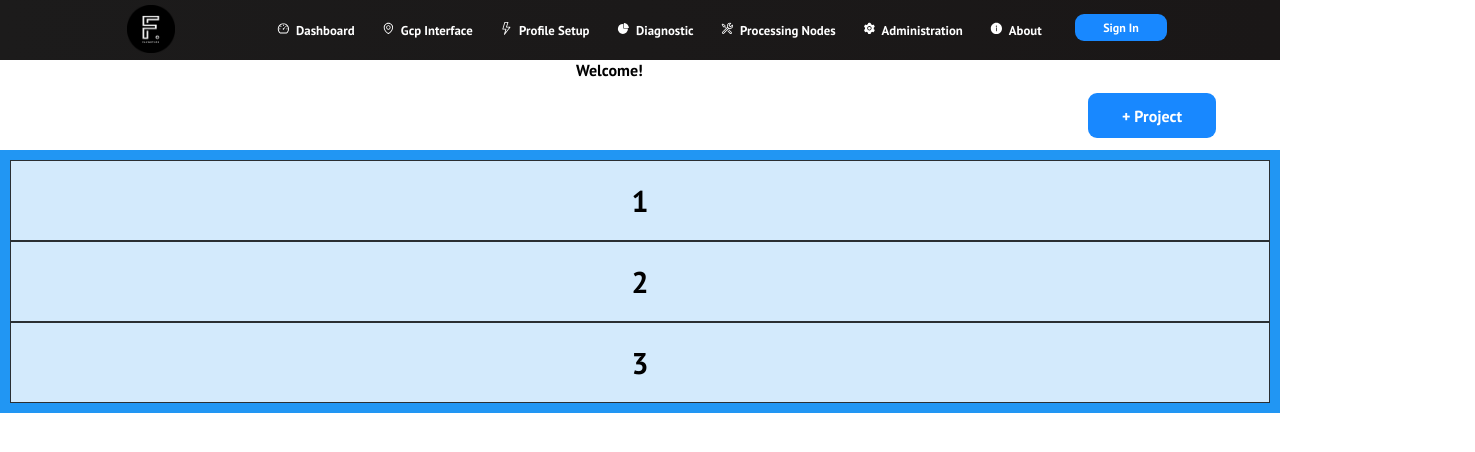
Repository: Akshaykumar1111/akki
Page: /Dashboard
An editor plug-in stored every save of this project. The page is shown before and after the next save, followed by the edit.
The browser window is 1280 px wide. The page is 1280 px wide, then 1475 px, then 1280 px, so the pictures cover 1475 px, including what lies to the right of the window. The pictures show the whole page.
Some web libraries are served in a nearby version. The project was rebuilt for these pictures with package versions that can differ from the ones it lists, and the page was loaded fresh each time. Also part of the build but not shown: src/components/pages/Administration.css, src/components/pages/Administration.js, src/components/pages/Diagnostic.js, src/components/pages/ProfileSetup.js, src/components/pages/GcpInterface.js, src/components/pages/ProcessingNodes.js, src/components/pages/About.js, src/components/pages/Popup.css and 7 more.

Above is the page before, as saved 2022-10-20 12:17:28.

### src/App.css
* {
  box-sizing: border-box;
  margin: 0;
  padding: 0;
  font-family: 'PT Sans', sans-serif;
}

.home,
.Diagnostic,
.Dashboard,
.ProfileSetup,
.GcpInterface,
.ProcessingNodes,
.products,
.Administration,
.DeveloperTools,
.About,
.sign-up,
.SigUp,
.Forgot,
.marketing,
.consulting {
  display: flex;
  height: 961.3px;
  align-items: center;
  justify-content: center;
  font-size: 2rem;
}


.map-container{
  width: 100%;
  height: 100%;
}

.Dashboard {
  background-image: url('./images/img-1.jpg');
  background-position: center;
  background-size: cover;
  background-repeat: no-repeat;
  color: #fff;
  font-size: 100px;

  margin-bottom: 10px;
}

.GcpInterface {
  background-image: url('./images/img-2.jpg');
  background-position: center;
  background-size: cover;
  background-repeat: no-repeat;
  color: #fff;
  font-size: 100px;
}

.Diagnostic {
  background-image: url('./images/img-3.jpg');
  background-position: center;
  background-size: fill;
  background-repeat: no-repeat;
  color: #fff;
  font-size: 100px;
}

.ProfileSetup {
  background-image: url('./images/img-4.jpg');
  background-position: center;
  background-size: cover;
  background-repeat: no-repeat;
  color: #fff;
  font-size: 100px;
}

.sign-up {
  background-image: url('./images/img-7.jpg');
  background-position: center;
  background-size: cover;
  background-repeat: no-repeat;
  color: #fff;
  font-size: 100px;
}

.marketing {
  background-image: url('./images/img-6.jpg');
  background-position: center;
  background-size: cover;
  background-repeat: no-repeat;
  color: #fff;
  font-size: 100px;
}

.consulting {
  background-image: url('./images/img-5.jpg');
  background-position: bottom;
  background-size: cover;
  background-repeat: no-repeat;
  color: #fff;
  font-size: 100px;
}

### src/components/Navbar.css
.navbar {

  height: 70px;
  display: flex;
  justify-content: center;
  align-items: center;
  font-size: 1.2rem;


}
.nav-bg1{
  background-color: rgba(42, 41, 41, 0.606);
  }
.nav-bg2{
  background: linear-gradient(90deg, rgb(28, 27, 27) 0%, rgb(26, 23, 23) 100%);

}

.navbar-logo {
  color: #fff;
  justify-self: start;
  margin-left: 20px;
  cursor: pointer;
  text-decoration: none;
  font-size: 2rem;
}

.fa-firstdraft {
    margin-left: -18%;
    font-size: 1rem;
    height: 4rem;
    width: 4rem;
    text-align: center;
    margin-top: 12%;
    margin-left: -190%;
}
/* .log-img{
  width: 8%;
} */
.nav-menu {
  display: grid;
  grid-template-columns: repeat(8, auto);
  grid-gap: 10px;
  list-style: none;
  text-align: center;
  width: 70vw;
  justify-content: end;
  margin-right: 2rem;
}

.nav-item {
  display: flex;
  align-items: center;
  height: 80px;
  margin-top: 8%;
  display: flex;
}

.nav-links {
  color: white;
  text-decoration: none;
  padding: 0.5rem 1rem;
}

.nav-links:hover {
  background-color: #1888ff;
  border-radius: 4px;
  transition: all 0.2s ease-out;
}

.fa-bars {
  color: #fff;
}

.nav-links-mobile {
  display: none;
}

.menu-icon {
  display: none;
}
.li1{
  margin-top: 9%;
}

.li2{
  margin-top: 8%;
}
.li4{
  margin-top: 9%;
}
.li5{
  margin-top: 6.5%;
}
.li6{
  margin-top: 7.3%;
}
.li7{
  margin-top: 12.4%;
}
.li8{
  margin-top: 7%;
}

.nav-links1 {
  color: white;
  text-decoration: none;
  padding: 0.5rem 1rem;
}






@media screen and (max-width: 1648px) {
  .navbar {
    /* background: linear-gradient(90deg, rgb(28, 27, 27) 0%, rgb(26, 23, 23) 100%); */
    height: 60px;
    display: flex;
    justify-content: center;
    align-items: center;
    font-size: 0.8rem;
  }
  .nav-bg1{
    background-color: rgba(42, 41, 41, 0.606);
    }
  .nav-bg2{
    background: linear-gradient(90deg, rgb(28, 27, 27) 0%, rgb(26, 23, 23) 100%);

  }
  .navbar-logo {
    color: #fff;
    justify-self: start;
    margin-left: 20px;
    cursor: pointer;
    text-decoration: none;
    font-size: 1.5rem;
    padding-right: 1%;
  }

  .fa-firstdraft {
    margin-left: -6%;
    font-size: 1rem;
    height: 3rem;
    width: 3rem;
    text-align: center;
    margin-top: 12%;
}

  .nav-menu {
    display: grid;
    grid-template-columns: repeat(8, auto);
    grid-gap: 8px;
    list-style: none;
    text-align: center;
    width: 75vw;
    justify-content: end;
    margin-right: 1.2rem;
  }

  .nav-item {
    display: flex;
    align-items: center;
    height: 75px;
  }

  .nav-links {
    color: white;
    text-decoration: none;
    padding: 0.5rem 0.6rem;
  }

  .nav-links1 {
    color: white;
    text-decoration: none;
    padding: 0.5rem 1rem;
  }

  .nav-links:hover {
    background-color: #1888ff;
    border-radius: 4px;
    transition: all 0.2s ease-out;
  }

  .fa-bars {
    color: #fff;
  }

  .nav-links-mobile {
    display: none;
  }

  .menu-icon {
    display: none;
  }
  .li1{
    margin-top: 9%;
  }

  .li2{
    margin-top: 8%;
  }
  .li4{
    margin-top: 9%;
  }
  .li5{
    margin-top: 6.5%;
  }
  .li6{
    margin-top: 7.3%;
  }
  .li7{
    margin-top: 12.4%;
  }
  .li8{
    margin-top: 7%;
  }

}



@media screen and (max-width: 961px) {
  .NavbarItems {
    position: relative;
  }

  .nav-menu {
    display: flex;
    flex-direction: column;
    width: 100%;
    height: 90vh;
    position: absolute;
    top: 80px;
    left: -100%;
    opacity: 1;
    transition: all 0.5s ease;
  }

  .nav-menu.active {
    background: #242222;
    left: 0;
    opacity: 1;
    transition: all 0.5s ease;
    z-index: 1;
  }

  .nav-links {
    text-align: center;
    padding: 0rem;
    width: 100%;
    display: table;
    margin-top: -1%;
  }

  .nav-links1 {
    color: white;
    text-decoration: none;
    padding: 0.5rem 1rem;
  }


  .nav-links:hover {
    background-color: #1888ff;
    border-radius: 0;
  }

  .navbar-logo {
    position: absolute;
    top: 0;
    left: 0;
    transform: translate(25%, 50%);
  }

  .menu-icon {
    display: block;
    position: absolute;
    top: -8px;
    right: 0;
    transform: translate(-100%, 60%);
    font-size: 1.8rem;
    cursor: pointer;
  }

  .fa-times {
    color: #fff;
    font-size: 2rem;
  }
  .nav-item {
    display: flex;
    align-items: center;
    height: 88px;
    font-size: 155%;
}

  .nav-links-mobile {
    display: block;
    text-align: center;
    /* padding: 1.5rem; */
    margin: 0rem auto;
    border-radius: 16px;
    width: 50%;
    background: #1888ff;
    text-decoration: none;
    color: #fff;
    font-size: 1.2rem;
    height: 55px;
    margin-bottom: 2%;
    padding-top: 2%;
  }

  .nav-links-mobile:hover {
    background: #fff;
    color: #1888ff;
    transition: 250ms;
  }

  .nav-Button{
    margin-top: 14%;
  }
  /* button {
    display: none;
  } */
  .fa-firstdraft {
    margin-left: 85%;
    font-size: 1rem;
    height: 3rem;
    width: 3rem;
    text-align: center;
    margin-top: -28%;
}
.li1{
  margin-top: 9%;
}

.li2{
  margin-top: 8%;
}
.li4{
  margin-top: 9%;
}
.li5{
  margin-top: 6.5%;
}
.li6{
  margin-top: 7.3%;
}
.li7{
  margin-top: 12.4%;
}
.li8{
  margin-top: 7%;
}

}



@media screen and (max-width: 480px) {
  .NavbarItems {
    position: relative;
  }

  .nav-menu {
    display: flex;
    flex-direction: column;
    width: 100%;
    height: 90vh;
    position: absolute;
    top: 80px;
    left: -100%;
    opacity: 1;
    transition: all 0.5s ease;
  }

  .nav-menu.active {
    background: #242222;
    left: 0;
    opacity: 1;
    transition: all 0.5s ease;
    z-index: 1;
  }

  .nav-links {
    text-align: center;
    padding: 0rem;
    width: 100%;
    display: table;
    margin-top: -1%;
  }

  .nav-links1 {
    color: white;
    text-decoration: none;
    padding: 0.5rem 1rem;
  }


  .nav-links:hover {
    background-color: #1888ff;
    border-radius: 0;
  }

  .navbar-logo {
    position: absolute;
    top: 0;
    left: 0;
    transform: translate(25%, 50%);
  }

  .menu-icon {
    display: block;
    position: absolute;
    top: -8px;
    right: 0;
    transform: translate(-100%, 60%);
    font-size: 1.8rem;
    cursor: pointer;
  }

  .fa-times {
    color: #fff;
    font-size: 2rem;
  }
  .nav-item {
    display: flex;
    align-items: center;
    height: 88px;
    font-size: 155%;
}

  .nav-links-mobile {
    display: block;
    text-align: center;
    /* padding: 1.5rem; */
    margin: 0rem auto;
    border-radius: 16px;
    width: 50%;
    background: #1888ff;
    text-decoration: none;
    color: #fff;
    font-size: 1.2rem;
    height: 55px;
    margin-bottom: 2%;
    padding-top: 2%;
  }

  .nav-links-mobile:hover {
    background: #fff;
    color: #1888ff;
    transition: 250ms;
  }

  .nav-Button{
    margin-top: 14%;
  }
  /* button {
    display: none;
  } */
  .fa-firstdraft {
    margin-left: 50%;
    font-size: 1rem;
    height: 3rem;
    width: 3rem;
    text-align: center;
    margin-top: -28%;
}
.li1{
  margin-top: 9%;
}

.li2{
  margin-top: 8%;
}
.li4{
  margin-top: 9%;
}
.li5{
  margin-top: 6.5%;
}
.li6{
  margin-top: 7.3%;
}
.li7{
  margin-top: 12.4%;
}
.li8{
  margin-top: 7%;
}

}

/* <-----------sticky navbar----------> */
/* .sticky{
  position: fixed;
  top: 0;
  left: 0;
  width: 100%;
  height: 5rem;
  padding-top: 0;
  padding-bottom: 0;
  box-shadow: 0 0 2rem 0 rgb(0,0,0,5);
} */
/* <-----------sticky navbar end----------> */

### src/components/Button.css
:root {
  --primary: #1888ff;
}

.btn {
  padding: 6px 9px;
  border-radius: 4px;
  outline: none;
  border: none;
  font-size: 15px;
  color: #fff;
  cursor: pointer;
  background-color: var(--primary);
  margin-top: 33%;
}
.projectbtn {
  font-size: 150%;
  /* padding: 0.5% 0.1% 0.5% 0.1%; */
  width: 10%;
  margin-top: 1%;
  margin-left: 89%;
}

.btn:hover {
  padding: 5px 9px;
  transition: all 0.3s ease-out;
  background-color: transparent;
  color: #fff;
  border-radius: 4px;
  border: 2px solid var(--primary);
  transition: all 0.3s ease-out;
}
@media screen and (max-width: 1140px) {
  .NavbarItems {
    position: relative;
  }
  :root {
    --primary: #1888ff;
  }

  .btn {
    padding: 6px 12px;
    border-radius: 9px;
    outline: none;
    border: none;
    font-size: 12px;
    color: #fff;
    cursor: pointer;
    background-color: var(--primary);
    margin-top: 36%;
  }
  .projectbtn {
    font-size: 150%;
    /* padding: 0.5% 0.1% 0.5% 0.1%; */
    width: 10%;
    margin-top: 1%;
    margin-left: 89%;
  }

  .btn:hover {
    padding: 6px 18px;
    transition: all 0.3s ease-out;
    background-color: transparent;
    color: #fff;
    border-radius: 4px;
    border: 2px solid var(--primary);
    transition: all 0.3s ease-out;
  }
}

@media screen and (max-width: 1648px) {
  .NavbarItems {
    position: relative;
  }
  :root {
    --primary: #1888ff;
  }

  .btn {
    padding: 6px 12px;
    border-radius: 9px;
    outline: none;
    border: none;
    font-size: 12px;
    color: #fff;
    cursor: pointer;
    background-color: var(--primary);
    margin-top: 26%;
  }
  .projectbtn {
    font-size: 100%;
    padding: 1% 0.1% 1% 0.1%;
    width: 10%;
    margin-top: 1%;
    margin-left: 85%;
  }

  .btn:hover {
    padding: 6px 18px;
    transition: all 0.3s ease-out;
    background-color: transparent;
    color: #fff;
    border-radius: 4px;
    border: 2px solid var(--primary);
    transition: all 0.3s ease-out;
  }
}




@media screen and (max-width: 961px) {
  .NavbarItems {
    position: relative;
  }
  :root {
    --primary: #1888ff;
  }

  .btn {

    border-radius: 9px;
    outline: none;
    border: none;
    font-size: 12px;
    color: #fff;
    cursor: pointer;
    background-color: var(--primary);
    width: auto;
    margin-top: 3%;
  }
  .projectbtn {
    font-size: 100%;
    padding: 1.5% 0.1% 1.5% 0.1%;
    width: 10%;
    margin-top: 1%;
    margin-left: 86%;
  }

  .btn:hover {
    padding: 0px 0px;
    transition: all 0.3s ease-out;
    background-color: transparent;
    color: #fff;
    border-radius: 4px;
    border: 2px solid var(--primary);
    transition: all 0.3s ease-out;
  }
}

### src/components/pages/Dashboard.css
.grid-container {
    display: grid;
    grid-template-rows: auto auto auto;
    background-color: #2196F3;
    padding: 10px;
  }
  .grid-item {
    background-color: rgba(255, 255, 255, 0.8);
    border: 1px solid rgba(0, 0, 0, 0.8);
    padding: 20px;
    font-size: 30px;
    text-align: center;
  }
.Welcome{
    padding: 45%;
    height:100px;
}

Loaded but not shown: public/index.html (common file); src/index.js (common file); src/components/Navbar.js (179 lines, source omitted); src/App.js (57 lines, source omitted); src/components/pages/Dashboard.js (19 lines, source omitted); src/components/Button.js (11 lines, source omitted); src/components/pages/Signin.css (714 lines, source omitted)

After the next save:
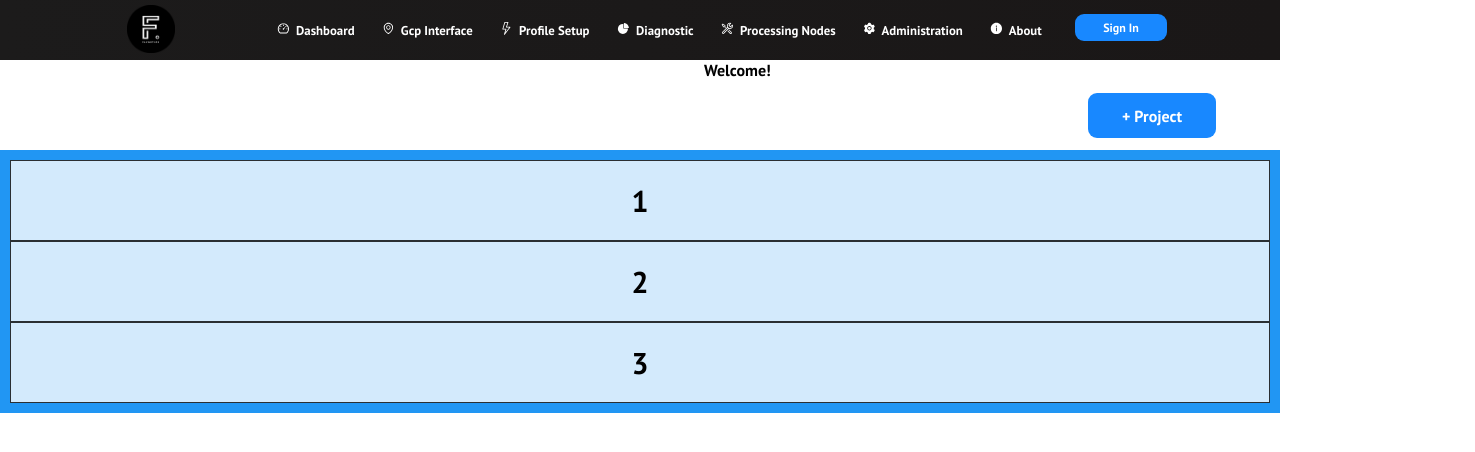
Saved 21 s later.
--- a/src/components/pages/Dashboard.css
+++ b/src/components/pages/Dashboard.css
@@ -13,5 +13,5 @@
   }
 .Welcome{
     padding: 45%;
-    height:100px;
+    margin: 10%;
 }

After the save that followed:
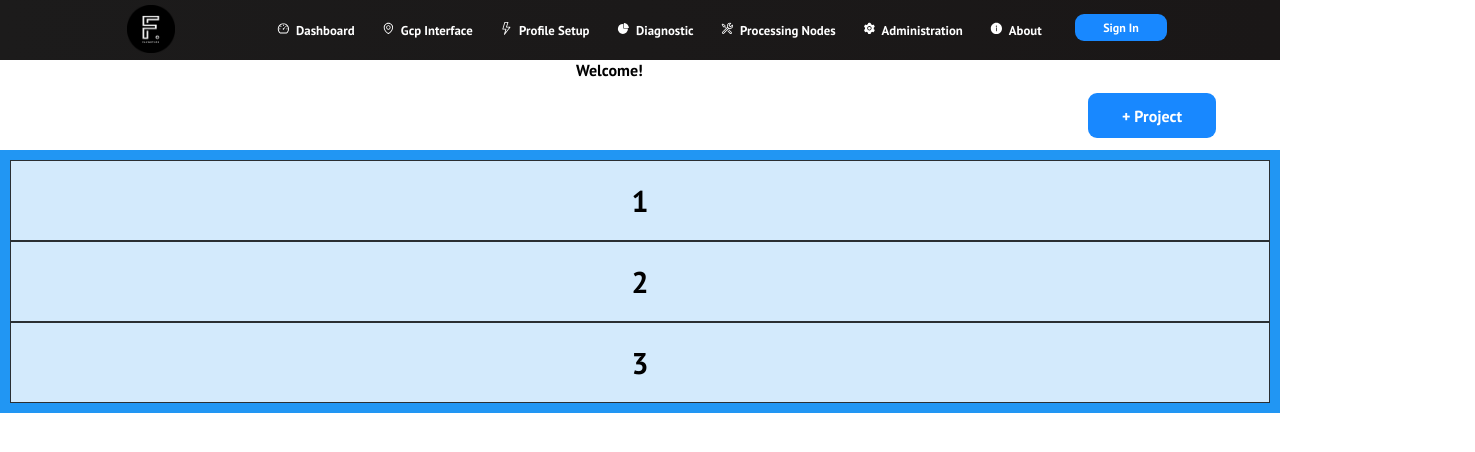
Saved 19 s later.
--- a/src/components/pages/Dashboard.css
+++ b/src/components/pages/Dashboard.css
@@ -13,5 +13,5 @@
   }
 .Welcome{
     padding: 45%;
-    margin: 10%;
+    margin-top: 10%;
 }
